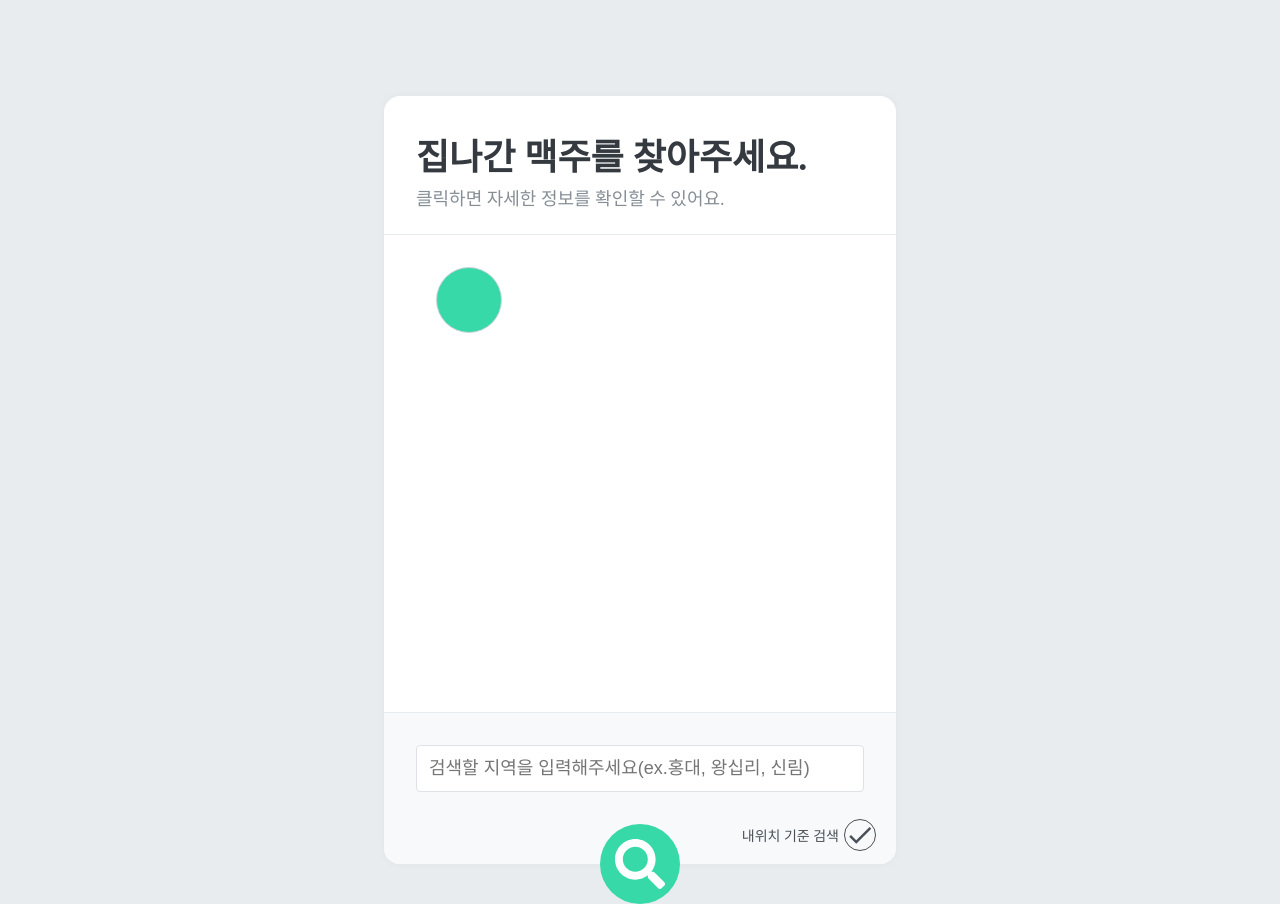
Repository: THE-SOPT-WEB/kimNamjun
Page: / (app in week4/bring-my-beer/)
An editor plug-in stored every save of this project. The page is shown before and after the next save, followed by the edit.
The browser window is 1280 px wide. The pictures show the whole page.
The project was rebuilt for these pictures with package versions that can differ from the ones it lists, and the page was loaded fresh each time.

Above is the page before, as saved 2022-05-13 03:19:01.

### week4/bring-my-beer/public/index.html
<!DOCTYPE html>
<html lang="en">
  <head>
    <meta charset="utf-8" />
    <link rel="icon" href="%PUBLIC_URL%/favicon.ico" />
    <meta name="viewport" content="width=device-width, initial-scale=1" />
    <meta name="theme-color" content="#000000" />
    <meta
      name="description"
      content="Web site created using create-react-app"
    />
    <link rel="apple-touch-icon" href="%PUBLIC_URL%/logo192.png" />
    <!--
      manifest.json provides metadata used when your web app is installed on a
      user's mobile device or desktop. See https://developers.google.com/web/fundamentals/web-app-manifest/
    -->
    <link rel="manifest" href="%PUBLIC_URL%/manifest.json" />
    <!--
      Notice the use of %PUBLIC_URL% in the tags above.
      It will be replaced with the URL of the `public` folder during the build.
      Only files inside the `public` folder can be referenced from the HTML.

      Unlike "/favicon.ico" or "favicon.ico", "%PUBLIC_URL%/favicon.ico" will
      work correctly both with client-side routing and a non-root public URL.
      Learn how to configure a non-root public URL by running `npm run build`.
    -->
    <title>우리동네 맥주집</title>
  </head>
  <body>
    <noscript>You need to enable JavaScript to run this app.</noscript>
    <div id="root"></div>
    <!--
      This HTML file is a template.
      If you open it directly in the browser, you will see an empty page.

      You can add webfonts, meta tags, or analytics to this file.
      The build step will place the bundled scripts into the <body> tag.

      To begin the development, run `npm start` or `yarn start`.
      To create a production bundle, use `npm run build` or `yarn build`.
    -->
  </body>
</html>

### week4/bring-my-beer/src/App.js
import React from 'react';
import { createGlobalStyle } from 'styled-components';
import Template from './components/Template';
import Header from './components/Header';
import List from './components/List';
import Search from './components/Search';
import SkeletonItem from './components/SkeletonItem';


const GlobalStyle = createGlobalStyle`
  body {
    background: #e9ecef;
  }
`;

function App() {
  return (
    <>
      <GlobalStyle />
      <Template>
        <Header />
        <List />
        <Search />
      </Template>
    </>
  );
}

export default App;

### week4/bring-my-beer/src/components/Template.jsx
import React from 'react';
import styled from 'styled-components';

const TemplateBlock = styled.div`
  width: 512px;
  height: 768px;

  position: relative;
  background: white;
  border-radius: 16px;
  box-shadow: 0 0 8px 0 rgba(0, 0, 0, 0.04);

  margin: 0 auto;

  margin-top: 96px;
  margin-bottom: 32px;
  display: flex;
  flex-direction: column;
`;

function Template({ children }) {
  return <TemplateBlock>{children}</TemplateBlock>;
}

export default Template;

### week4/bring-my-beer/src/components/Header.jsx
import React from 'react';
import styled from 'styled-components';

const HeaderBlock = styled.div`
  padding: 32px 32px 24px 32px;
  border-bottom: 1px solid #e9ecef;
  h1 {
    margin: 0;
    font-size: 36px;
    color: #343a40;
  }
  .tip {
    margin-top: 4px;
    color: #868e96;
    font-size: 18px;
  }
`;

function Header() {
  return (
    <HeaderBlock>
      <h1>집나간 맥주를 찾아주세요. </h1>
      <div className="tip">클릭하면 자세한 정보를 확인할 수 있어요.</div>
    </HeaderBlock>
  );
}

export default Header;

### week4/bring-my-beer/src/components/List.jsx
import React from 'react';
import axios from "axios";
import Skeleton, { SkeletonTheme } from 'react-loading-skeleton'
import styled from 'styled-components';
import Item from './Item';
import SkeletonItem from './SkeletonItem';

const ListBlock = styled.div`
  flex: 1;
  padding: 20px 32px;
  padding-bottom: 48px;
  overflow-y: auto;
`;

function List() {
  return (
    <ListBlock>
      <SkeletonItem/>
    </ListBlock>
  );
}

export default List;

### week4/bring-my-beer/src/components/Search.jsx
import React, {useState} from 'react';
import styled, {css} from 'styled-components';
import { FaSearch } from 'react-icons/fa';
import { MdDone } from 'react-icons/md';

const CircleButton = styled.button`
  background: #38d9a9;
  &:hover {
    background: #63e6be;
  }
  &:active {
    background: #20c997;
  }

  cursor: pointer;
  width: 80px;
  height: 80px;
  display: block;
  align-items: center;
  justify-content: center;
  font-size: 50px;
  position: absolute;
  left: 50%;
  bottom: 0px;
  transform: translate(-50%, 50%);
  color: white;
  border-radius: 50%;
  border: none;
  outline: none;
  display: flex;
  align-items: center;
  justify-content: center;
  transition: 0.125s all ease-in;

`;

const InsertFormPositioner = styled.div`
  width: 100%;
  bottom: 0;
  left: 0;
  position: absolute;
`;

const InsertForm = styled.form`
  background: #f8f9fa;
  padding: 32px 32px 72px 32px;
  border-bottom-left-radius: 16px;
  border-bottom-right-radius: 16px;
  border-top: 1px solid #e9ecef;
`;

const Input = styled.input`
  padding: 12px;
  border-radius: 4px;
  border: 1px solid #dee2e6;
  width: 100%;
  outline: none;
  font-size: 18px;
  box-sizing: border-box;
`;

const CheckBox = styled.div`
  font-size: 14px;
  position: absolute;
  right: 20px;
  bottom: 5px;
  display: flex;
  align-items: center;
  justify-content: center;
  transition: 0.125s all ease-in;
  color: #495057;
`

const SmallCheckButton = styled.div`
  &:hover {
    border: 1px solid #38d9a9;
    color:#38d9a9;
  }
  &:active {
    border: 1px solid #20c997;;
    color:#20c997;;
  }

  cursor: pointer;
  width: 30px;
  height: 30px;
  font-size: 50px;
  color: #495057;
  border: 1px solid #495057;
  border-radius: 50%;
  margin-left: 5px;
  display: flex;
  align-items: center;
  justify-content: center;

  transition: 0.125s all ease-in;
  ${props =>
    props.checked &&
    css`
      border: 1px solid #38d9a9;
      color:#38d9a9;
    `}
`

function Search() {

  const [checked, setChecked] = useState(false);

  const onToggle = () => setChecked(!checked);

  return (
    <>
        <InsertFormPositioner>
          <InsertForm>
            <Input autoFocus placeholder="검색할 지역을 입력해주세요(ex.홍대, 왕십리, 신림)" disabled={checked ? true : false } />
          </InsertForm>
        </InsertFormPositioner>
      <CircleButton>
        <FaSearch/>
      </CircleButton>
      <CheckBox>
        <p> 내위치 기준 검색</p>
        <SmallCheckButton onClick={onToggle} checked={ checked ? true : false }>
          <MdDone/>
        </SmallCheckButton>
      </CheckBox>

    </>
  );
}

export default Search;

### week4/bring-my-beer/src/components/SkeletonItem.jsx
import React from 'react';
import styled  from 'styled-components';
import { BiBeer } from 'react-icons/bi';

const ItemBlock = styled.div`
  display: flex;
  align-items: center;
  padding: 12px 20px;
  border-radius:10px;
`;

const Icon = styled.div`
  width: 64px;
  height: 64px;
  border-radius: 50px;
  border: 1px solid #ced4da;
  font-size: 48px;
  display: flex;
  align-items: center;
  justify-content: center;
  margin-right: 20px;
  cursor: pointer;
  background-color: #38d9a9;
  color: #fff;
`;

const Title = styled.div`
  flex: 1;
  font-size: 19px;
  color: #495057;
`;

const Adress = styled.div`
  font-size: 15px;
  color: #94979b;
`

const  Contact = styled.div`
  font-size: 15px;
  color: #94979b;
`

function SkeletonItem({ title,adress,contact }) {
  return (
    <ItemBlock>
      <Icon/>
      <Title>
        <Adress/>
      </Title>
      <Contact/>
    </ItemBlock>
  );
}

export default SkeletonItem;

### week4/bring-my-beer/src/components/Item.jsx
import React from 'react';
import styled  from 'styled-components';
import { BiBeer } from 'react-icons/bi';

const ItemBlock = styled.div`
  display: flex;
  align-items: center;
  padding: 12px 20px;
  border-radius:10px;
  transition: 0.25s all ease-in;
  cursor: pointer;
  &:hover{
    transform: scale(1.05);
  }
`;

const Icon = styled.div`
  width: 64px;
  height: 64px;
  border-radius: 50px;
  border: 1px solid #ced4da;
  font-size: 48px;
  display: flex;
  align-items: center;
  justify-content: center;
  margin-right: 20px;
  cursor: pointer;
  background-color: #38d9a9;
  color: #fff;
`;

const Title = styled.div`
  flex: 1;
  font-size: 19px;
  color: #495057;
`;

const Adress = styled.div`
  font-size: 15px;
  color: #94979b;
`

const  Contact = styled.div`
  font-size: 15px;
  color: #94979b;
`

function Item({ title,adress,contact }) {
  return (
    <ItemBlock>
      <Icon >
        <BiBeer />
      </Icon>
      <Title >{title}
        <Adress>{adress}</Adress>
      </Title>
      <Contact>{contact}</Contact>
    </ItemBlock>
  );
}

export default Item;

Loaded but not shown: week4/bring-my-beer/src/index.js (common file)

After the next save:
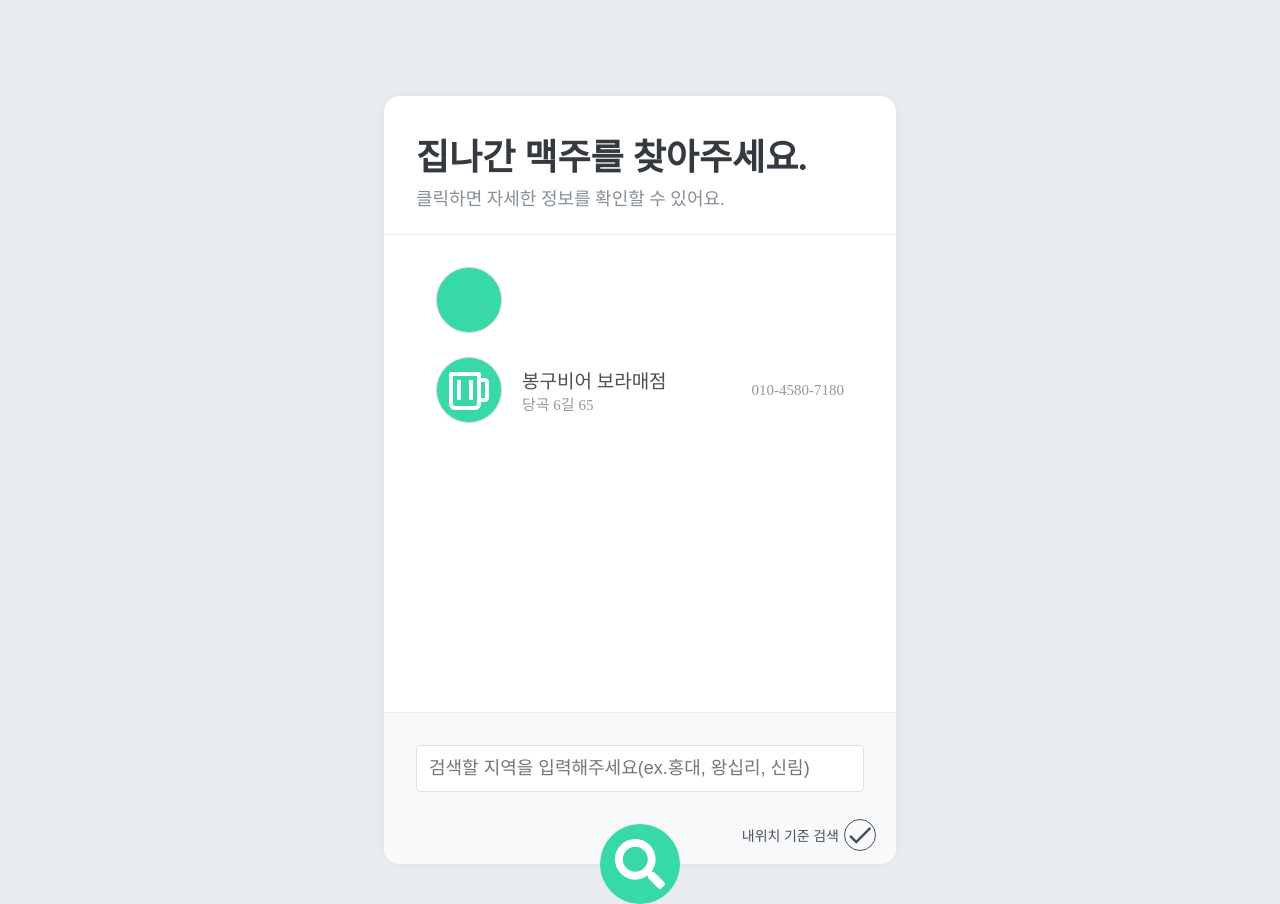
Saved 83 s later.
--- a/week4/bring-my-beer/src/components/List.jsx
+++ b/week4/bring-my-beer/src/components/List.jsx
@@ -16,6 +16,7 @@ function List() {
   return (
     <ListBlock>
       <SkeletonItem/>
+      <Item title="봉구비어 보라매점" adress='당곡 6길 65' contact='010-4580-7180'/>
     </ListBlock>
   );
 }
